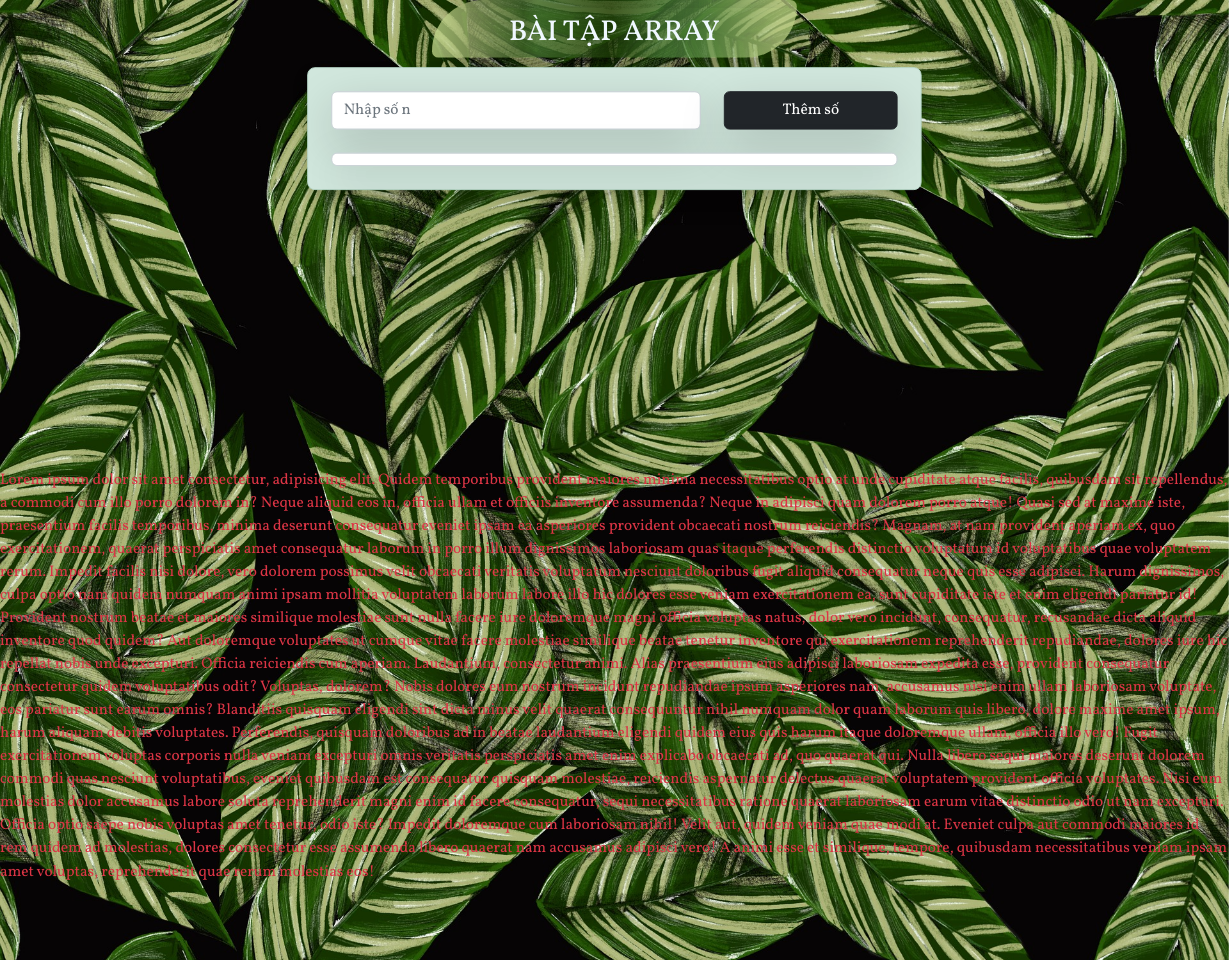
Repository: hcozyph/TranHuuPhuoc_BC43_BT_JS_Buoi7_8_ARRAY
Page: index.html
The author's editor kept a copy of each file at every save. The page is drawn from the files as they stood at one save, then again after the next save.
The browser window is 1280 px wide. The pictures show the whole page, at 96% of full size.
Backgrounds fixed to the window are drawn as part of the page.

Above is the page before, as saved 2023-02-21 10:43:05.

### index.html
<!DOCTYPE html>
<html lang="en">
    <head>
        <title>BT Array</title>
        <!-- Required meta tags -->
        <meta charset="utf-8" />
        <meta
            name="viewport"
            content="width=device-width, initial-scale=1, shrink-to-fit=no"
        />
        <!-- font -->
        <link rel="preconnect" href="https://fonts.googleapis.com" />
        <link rel="preconnect" href="https://fonts.gstatic.com" crossorigin />
        <link
            href="https://fonts.googleapis.com/css2?family=Fraunces:ital,opsz,wght@0,9..144,600;0,9..144,700;1,9..144,300;1,9..144,400;1,9..144,500;1,9..144,600;1,9..144,700;1,9..144,800&family=Vollkorn:ital,wght@0,400;0,500;0,600;0,700;0,800;0,900;1,400;1,500;1,600;1,700;1,800;1,900&display=swap"
            rel="stylesheet"
        />
        <!-- Bootstrap CSS v5.2.1 -->
        <link
            href="https://cdn.jsdelivr.net/npm/bootstrap@5.2.1/dist/css/bootstrap.min.css"
            rel="stylesheet"
            integrity="sha384-iYQeCzEYFbKjA/T2uDLTpkwGzCiq6soy8tYaI1GyVh/UjpbCx/TYkiZhlZB6+fzT"
            crossorigin="anonymous"
        />

        <!-- index.css -->
        <link rel="stylesheet" href="./css/index.css" />
    </head>

    <body>
        <div class="container">
            <div class="bt-array-top">
                <div class="bt-array-title pt-2 shadow-lg">
                    <h1
                        class="text-center shadow-lg p-2"
                        ;
                        style="font-size: 30px"
                    >
                        BÀI TẬP ARRAY
                    </h1>
                </div>

                <div
                    id="mainArray"
                    class="alert alert-success w-50 text-center d-block rounded-3 shadow p-4"
                    style="margin: 10px auto"
                >
                    <div class="row row-cols-3">
                        <div class="col-8">
                            <input
                                id="user-input"
                                type="number"
                                class="form-control shadow-lg py-2"
                                placeholder="Nhập số n"
                                style="height: 100%"
                            />
                        </div>
                        <div class="col">
                            <button
                                id="user-btn"
                                class="btn btn-dark shadow-lg"
                                style="height: 100%; width: 100%"
                            >
                                Thêm số
                            </button>
                        </div>
                    </div>

                    <div class="row mt-4">
                        <div class="col">
                            <div class="form-control shadow-lg">
                                <span id="user-array"></span>
                            </div>
                        </div>
                    </div>
                </div>
            </div>

            <div class="bt-array-content">
                <div class="text-danger">
                    Lorem ipsum dolor sit amet consectetur, adipisicing elit.
                    Quidem temporibus provident maiores minima necessitatibus
                    optio at unde cupiditate atque facilis, quibusdam sit
                    repellendus, a commodi cum illo porro dolorem in? Neque
                    aliquid eos in, officia ullam et officiis inventore
                    assumenda? Neque in adipisci quam dolorem porro atque! Quasi
                    sed at maxime iste, praesentium facilis temporibus, minima
                    deserunt consequatur eveniet ipsam ea asperiores provident
                    obcaecati nostrum reiciendis? Magnam, at nam provident
                    aperiam ex, quo exercitationem, quaerat perspiciatis amet
                    consequatur laborum in porro illum dignissimos laboriosam
                    quas itaque perferendis distinctio voluptatum id
                    voluptatibus quae voluptatem rerum. Impedit facilis nisi
                    dolore, vero dolorem possimus velit obcaecati veritatis
                    voluptatum nesciunt doloribus fugit aliquid consequatur
                    neque quis esse adipisci. Harum dignissimos, culpa optio nam
                    quidem numquam animi ipsam mollitia voluptatem laborum
                    labore illo hic dolores esse veniam exercitationem ea, sunt
                    cupiditate iste et enim eligendi pariatur id! Provident
                    nostrum beatae et maiores similique molestiae sunt nulla
                    facere iure doloremque magni officia voluptas natus, dolor
                    vero incidunt, consequatur, recusandae dicta aliquid
                    inventore quod quidem? Aut doloremque voluptates ut cumque
                    vitae facere molestiae similique beatae tenetur inventore
                    qui exercitationem reprehenderit repudiandae, dolores iure
                    hic repellat nobis unde excepturi. Officia reiciendis cum
                    aperiam. Laudantium, consectetur animi. Alias praesentium
                    eius adipisci laboriosam expedita esse, provident
                    consequatur consectetur quidem voluptatibus odit? Voluptas,
                    dolorem? Nobis dolores eum nostrum incidunt repudiandae
                    ipsum asperiores nam, accusamus nisi enim ullam laboriosam
                    voluptate, eos pariatur sunt earum omnis? Blanditiis
                    quisquam eligendi sint dicta minus velit quaerat
                    consequuntur nihil numquam dolor quam laborum quis libero,
                    dolore maxime amet ipsum, harum aliquam debitis voluptates.
                    Perferendis, quisquam doloribus ad in beatae laudantium
                    eligendi quidem eius quis harum itaque doloremque ullam,
                    officia illo vero! Fugit exercitationem voluptas corporis
                    nulla veniam excepturi omnis veritatis perspiciatis amet
                    enim explicabo obcaecati ad, quo quaerat qui. Nulla libero
                    sequi maiores deserunt dolorem commodi quas nesciunt
                    voluptatibus, eveniet quibusdam est consequatur quisquam
                    molestiae, reiciendis aspernatur delectus quaerat voluptatem
                    provident officia voluptates. Nisi eum molestias dolor
                    accusamus labore soluta reprehenderit magni enim id facere
                    consequatur, sequi necessitatibus ratione quaerat laboriosam
                    earum vitae distinctio odio ut nam excepturi. Officia optio
                    saepe nobis voluptas amet tenetur, odio iste? Impedit
                    doloremque cum laboriosam nihil! Velit aut, quidem veniam
                    quae modi at. Eveniet culpa aut commodi maiores id rem
                    quidem ad molestias, dolores consectetur esse assumenda
                    libero quaerat nam accusamus adipisci vero! A animi esse et
                    similique, tempore, quibusdam necessitatibus veniam ipsam
                    amet voluptas, reprehenderit quae rerum molestias eos!
                </div>
                <div class="bt1"></div>
            </div>
        </div>

        <!-- Bootstrap JavaScript Libraries -->
        <script
            src="https://cdn.jsdelivr.net/npm/@popperjs/core@2.11.6/dist/umd/popper.min.js"
            integrity="sha384-oBqDVmMz9ATKxIep9tiCxS/Z9fNfEXiDAYTujMAeBAsjFuCZSmKbSSUnQlmh/jp3"
            crossorigin="anonymous"
        ></script>

        <script
            src="https://cdn.jsdelivr.net/npm/bootstrap@5.2.1/dist/js/bootstrap.min.js"
            integrity="sha384-7VPbUDkoPSGFnVtYi0QogXtr74QeVeeIs99Qfg5YCF+TidwNdjvaKZX19NZ/e6oz"
            crossorigin="anonymous"
        ></script>

        <!-- method.js -->
        <link rel="stylesheet" href="./js/method.js" />

        <!-- index.js -->
        <script src="./js/index.js"></script>
    </body>
</html>

### css/index.css
* {
    margin: 0;
    padding: 0;
    box-sizing: border-box;
    font-family: "Fraunces", serif;
    font-family: "Vollkorn", serif;
}

.container {
    margin: 0 auto;
    max-width: 1440px;
    overflow: hidden;
    padding: 0;

    background-image: url(../img/2.jpg);
    background-size: cover;
    background-position: inherit;
    background-repeat: no-repeat;
    background-attachment: fixed;

    height: 1000px;
    position: relative;
}

.bt-array-title {
    display: block;
    width: 380px;
    margin: 0 auto;
    border-radius: 80px 10px 80px 10px;

    font-size: 40px;
    font-weight: 700;
    /* background-color: red; */
    color: aliceblue;
    background: rgb(156, 173, 110);
    background: linear-gradient(
        90deg,
        rgba(198, 219, 142, 0.75) 0%,
        rgba(156, 173, 110, 0.75) 10%,
        rgba(60, 94, 39, 0.75) 25%,
        rgba(68, 112, 49, 0.75) 29%,
        rgba(27, 57, 5, 0.75) 49%,
        rgba(66, 114, 50, 0.75) 63%,
        rgba(90, 139, 69, 0.75) 74%,
        rgba(184, 203, 130, 0.75) 95%
    );
}

/* .bt-array-top {
    position: fixed;
    width: 100%;
    padding-top: 10px;
    background-color: red;

    background-image: url(../img/2.jpg);
    background-size: cover;
    background-position: inherit;
    background-repeat: no-repeat;
    background-attachment: fixed;
} */

.bt-array-content {
    padding-top: 280px;
}

### js/index.js
/*create-array*/
var mainArray = [];

document.getElementById('user-btn').onclick = function(){
    //input: userInput
    var userInput = Number(document.getElementById('user-input').value);

    //output: mainArray

    //process
    mainArray.push(userInput);

    document.getElementById('user-array').innerHTML = mainArray;


}




/*End-create-array*/

Loaded but not shown: js/method.js (no stored copy; drawn as an empty file)

After the next save:
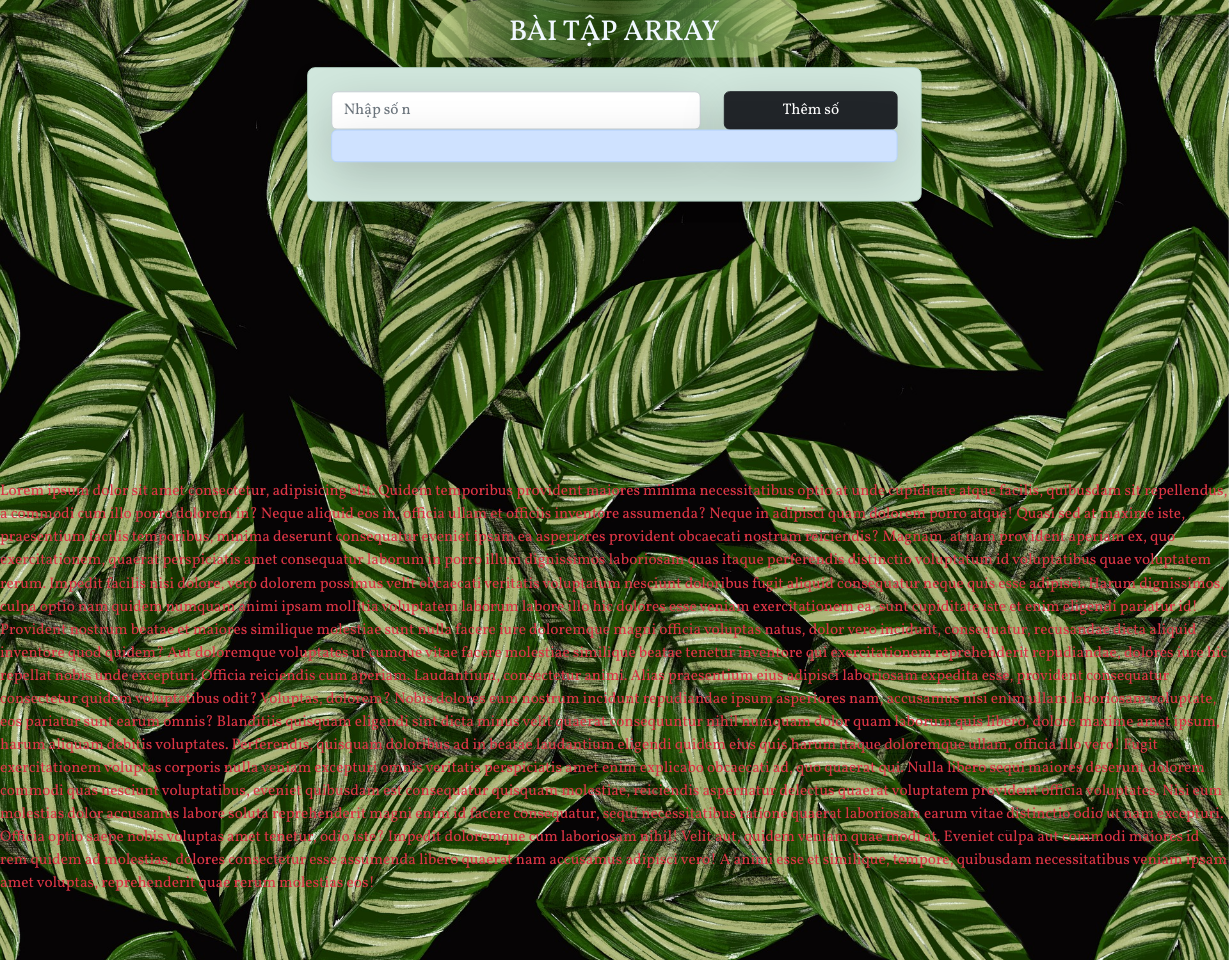
Saved 45 s later.
--- a/index.html
+++ b/index.html
@@ -66,13 +66,14 @@
                         </div>
                     </div>
 
-                    <div class="row mt-4">
+                    <div class="alert alert-primary shadow-lg">
+                        <span id="user-array"></span>
+                    </div>
+                    <!-- <div class="row mt-4">
                         <div class="col">
-                            <div class="form-control shadow-lg">
-                                <span id="user-array"></span>
-                            </div>
+
                         </div>
-                    </div>
+                    </div> -->
                 </div>
             </div>
 
